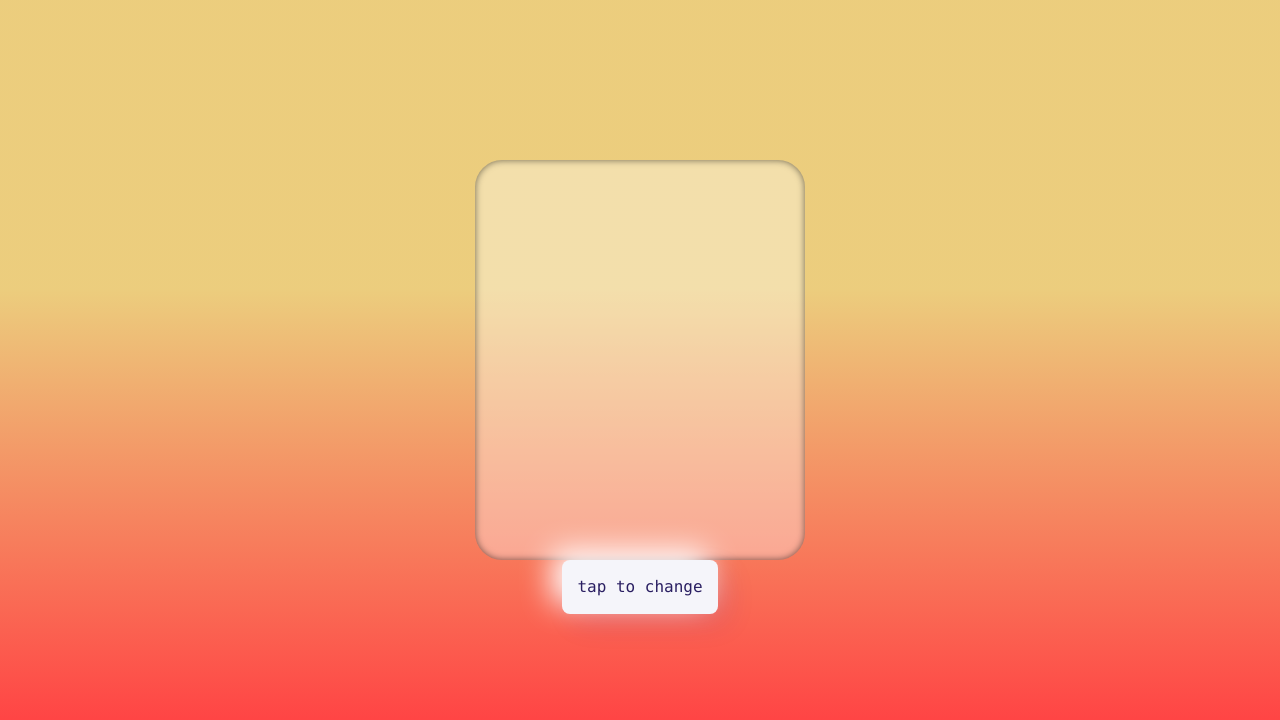
Repository: ThanhThn/profile
Page: index.html
These files come from the project's save history. The page is drawn as it stood at one moment and after the next save; the edit follows.
The browser window is 1280 px wide. The pictures show the whole page.

Above is the page before, as saved 2022-12-04 23:50:06.

After the next save:
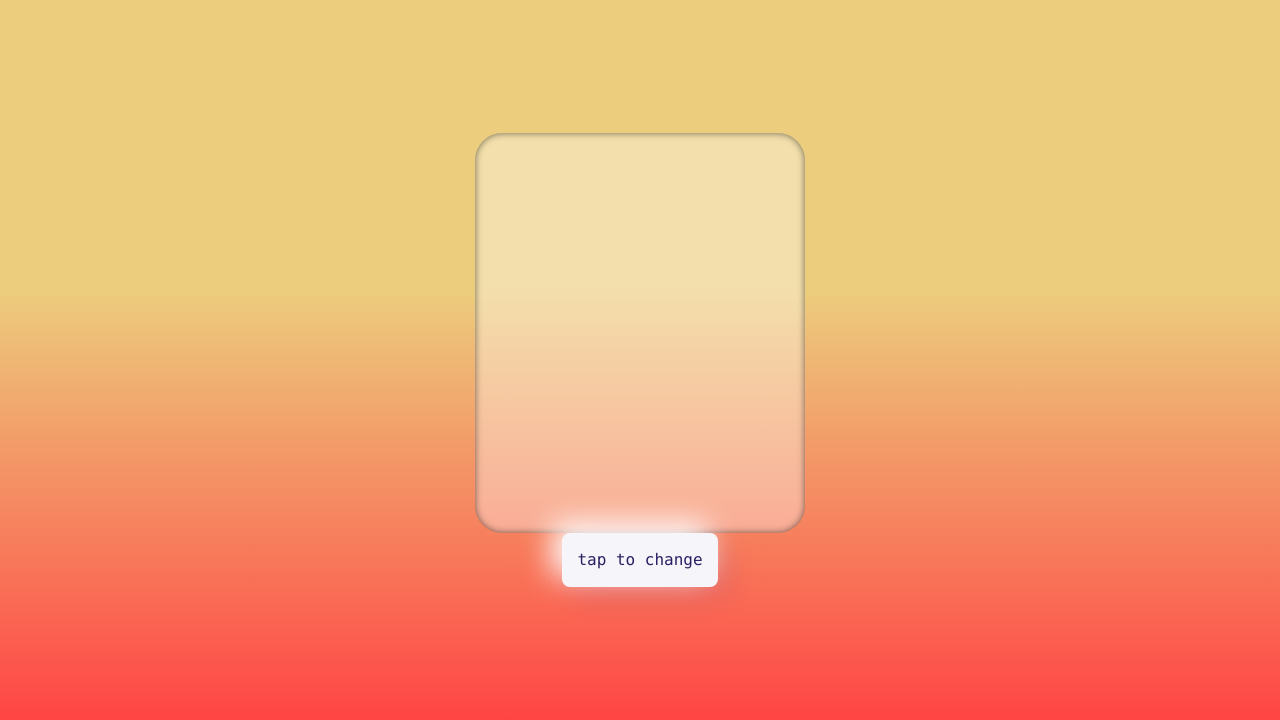
Saved 3 min 52 s later.
--- a/style.css
+++ b/style.css
@@ -11,7 +11,7 @@ body{
 }
 .container{
     position: absolute;
-    top: calc((100% - 400px)/2);
+    top: calc((100% - 454px)/2);
     left: calc((100% - 330px)/2);
     display: flex;
     flex-direction: column;
